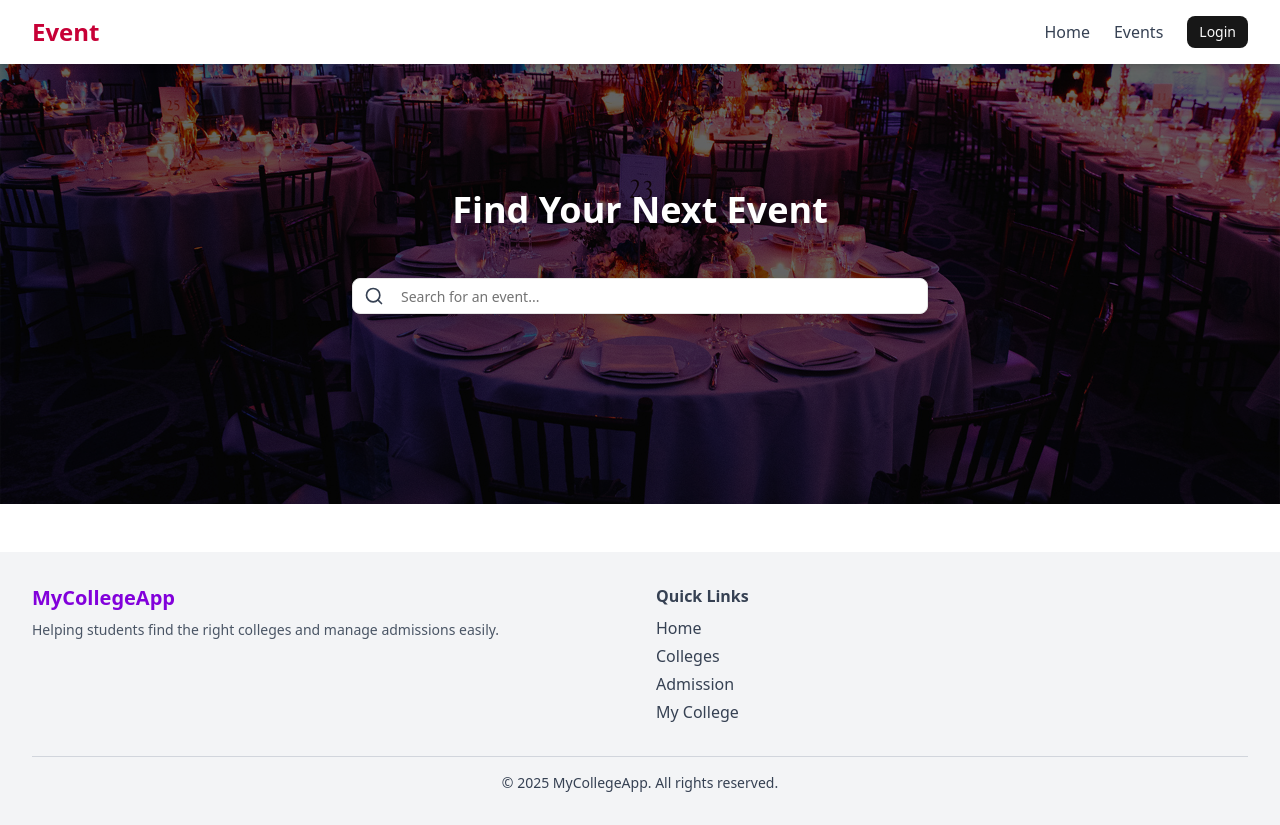
Repository: shshafin/event-client
Page: /
An editor plug-in stored every save of this project. The page is shown before and after the next save, followed by the edit.
The browser window is 1280 px wide. The pictures show the whole page.
The page's requests for data from a server got no answer. The project was rebuilt for these pictures with package versions that can differ from the ones it lists, and the page was loaded fresh each time. The framework's server and built-in components were replaced by stand-ins that run in the browser. No one was signed in, and anything a server would have sent is missing. Also part of the build but not shown: next.config.ts, src/components/ui/dropdown-menu.tsx.

Above is the page before, as saved 2025-10-30 14:39:26.

After the next save:
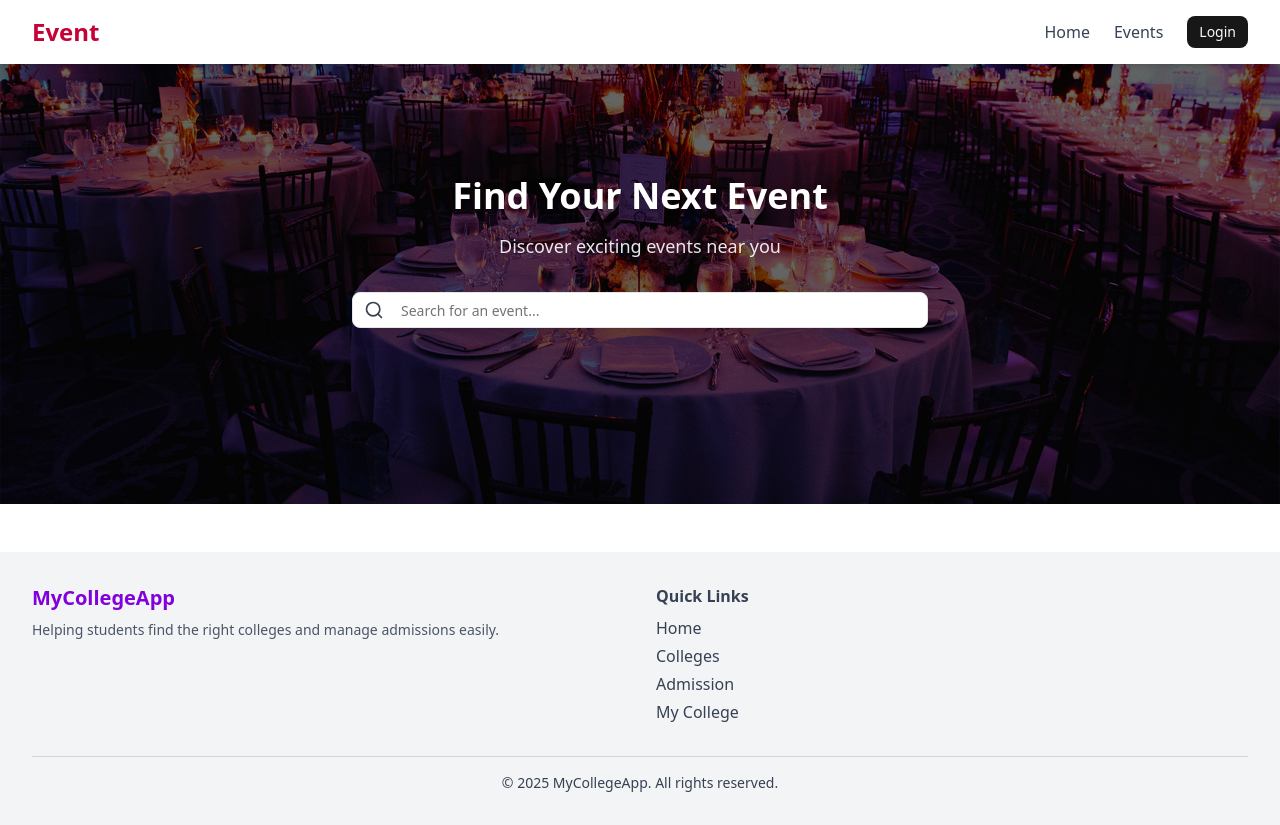
Saved 4 s later.
--- a/src/components/modules/home/Landing.tsx
+++ b/src/components/modules/home/Landing.tsx
@@ -31,7 +31,7 @@ export default function Landing() {
           Find Your Next Event
         </h1>
         <p className="mb-6 sm:mb-8 text-base sm:text-lg text-white/90">
-
+          Discover exciting events near you
         </p>
 
         <form
